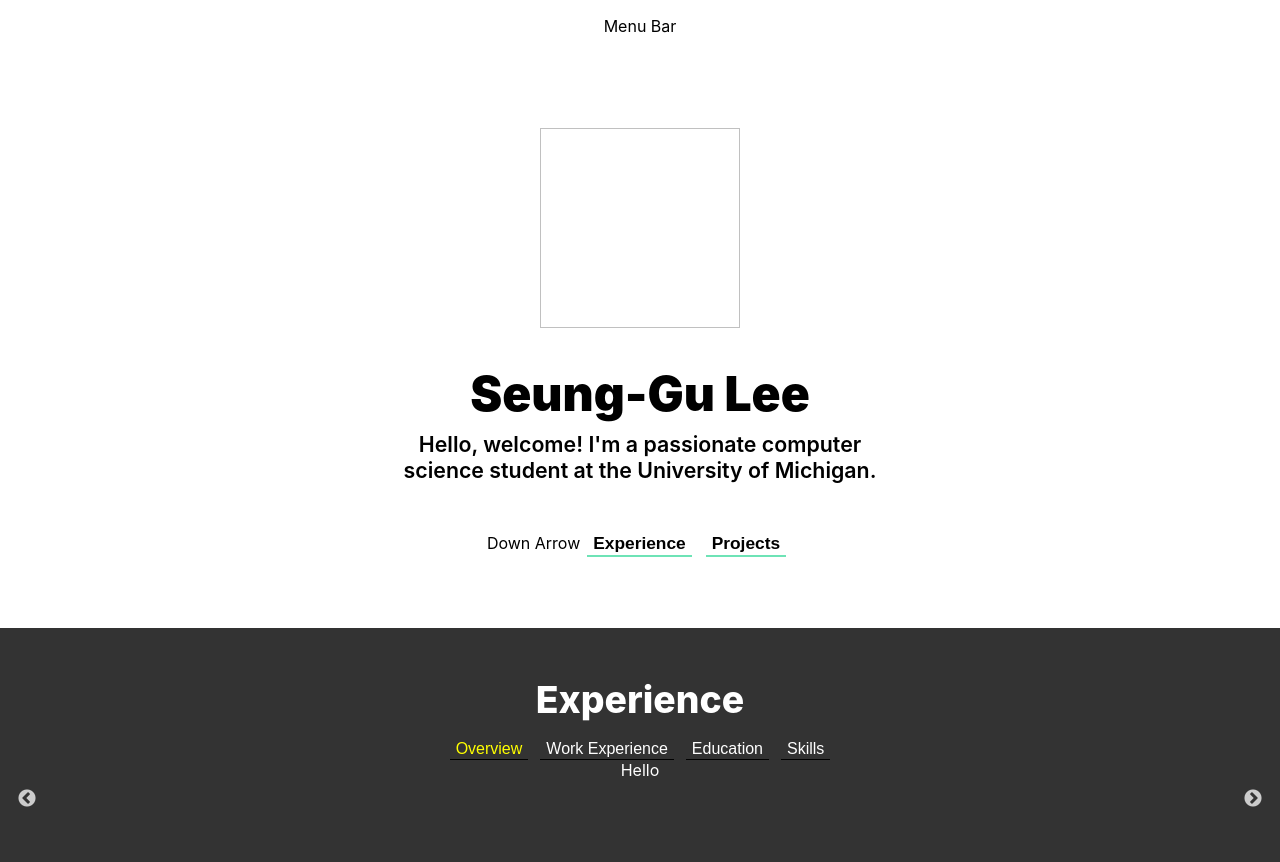
Repository: sgl33/sgl.dev-v2
Page: /
An editor plug-in stored every save of this project. The page is shown before and after the next save, followed by the edit.
The browser window is 1280 px wide. The pictures show the whole page.
The project was rebuilt for these pictures with package versions that can differ from the ones it lists, and the page was loaded fresh each time.

Above is the page before, as saved 2024-02-27 22:20:17.

After the next save:
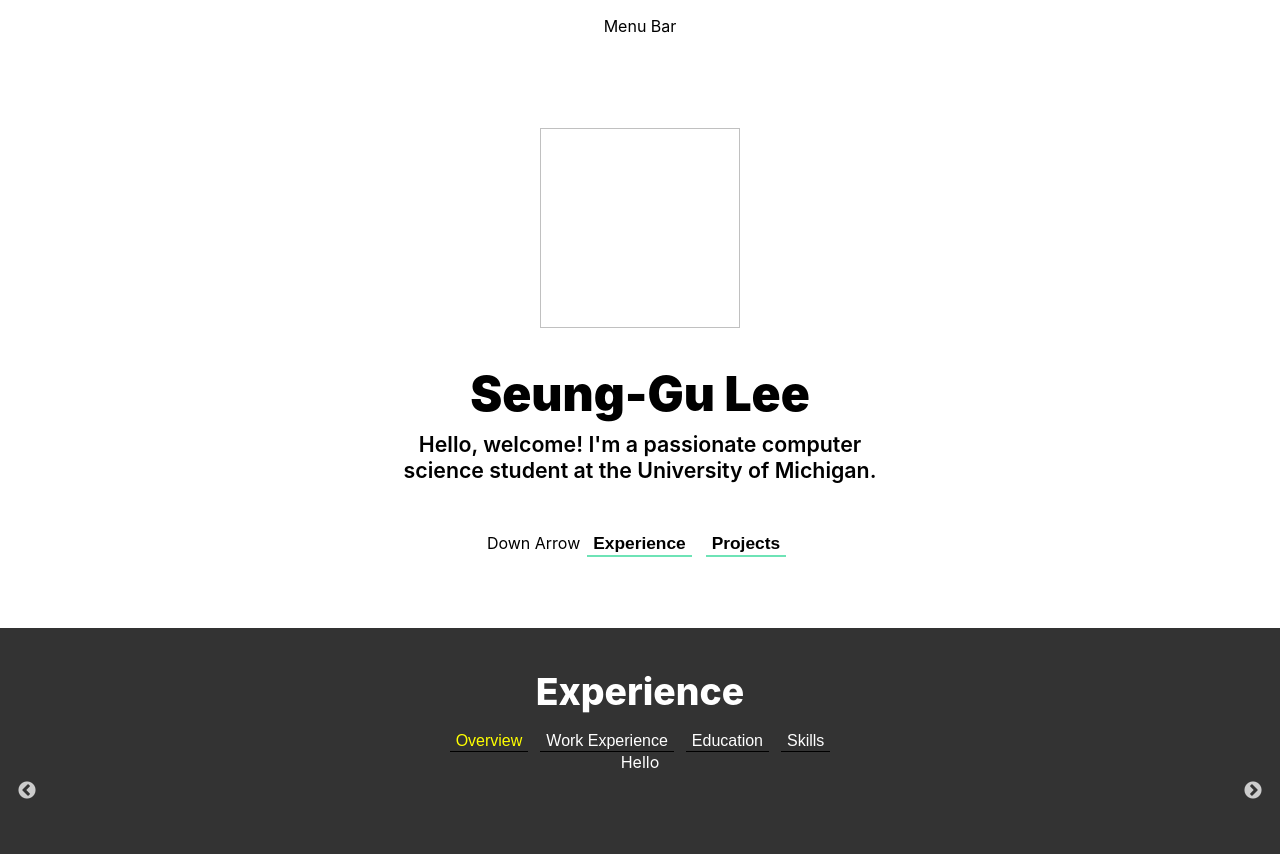
Saved 59 s later.
--- a/src/css/experience.css
+++ b/src/css/experience.css
@@ -1,7 +1,7 @@
 
 #experience {
     background-color: #333333;
-    padding: 24px 42px;
+    padding: 16px 42px 24px 42px;
     color: white;
 }
 
